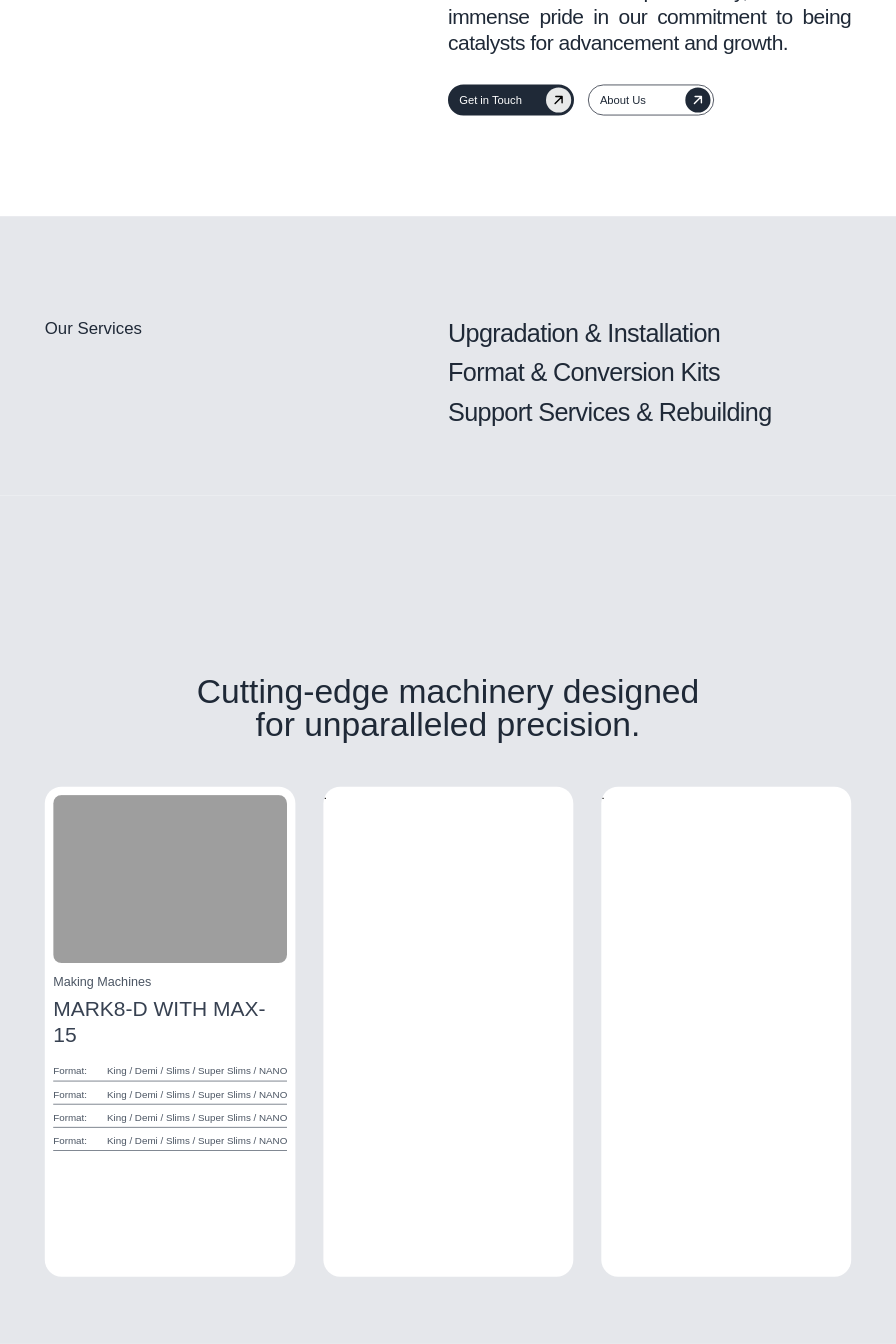
Repository: vespersolutionspk18/microtexwebsite
Page: /
The author's editor kept a copy of each file at every save. The page is drawn from the files as they stood at one save, then again after a run of saves.
The browser window is 1280 px wide. The pictures show the part of the page from y = 1207 to 3127 px (the page is 3127 px tall), at 70% of full size.
Pictures or frames that could not be fetched are drawn as grey boxes. Some web fonts or font styles are not loaded; a fallback is used. The project was rebuilt for these pictures with package versions that can differ from the ones it lists, and the page was loaded fresh each time. The framework's server and built-in components were replaced by stand-ins that run in the browser. Also part of the build but not shown: next.config.mjs.

Above is the page before, as saved 2024-11-18 21:41:53.

### app/page.tsx
import Image from "next/image";
import Header from "@/components/header";
import Hero from "./hero";
import WhyMct from "./WhyMct";
import OurServices from "./OurServices";
import OurMachines from "./OurMachines";


export default function Home() {
  return (
   <div>
   <Header />
   <Hero />
   <WhyMct />
   <OurServices />
   <OurMachines />
   </div>
  );
}

### app/globals.css
@tailwind base;
@tailwind components;
@tailwind utilities;

@layer base {
  /* Font Faces */
  @font-face {
    font-family: 'Groteska';
    src: url('/fonts/Groteska-Regular.otf') format('opentype');
    font-weight: normal;
    font-style: normal;
  }

  @font-face {
    font-family: 'Groteska';
    src: url('/fonts/Groteska-Italic.otf') format('opentype');
    font-weight: normal;
    font-style: italic;
  }

  @font-face {
    font-family: 'Groteska';
    src: url('/fonts/Groteska-Bold.otf') format('opentype');
    font-weight: bold;
    font-style: normal;
  }

  @font-face {
    font-family: 'Groteska';
    src: url('/fonts/Groteska-BoldItalic.otf') format('opentype');
    font-weight: bold;
    font-style: italic;
  }

  @font-face {
    font-family: 'Groteska';
    src: url('/fonts/Groteska-Light.otf') format('opentype');
    font-weight: 300;
    font-style: normal;
  }

  @font-face {
    font-family: 'Groteska';
    src: url('/fonts/Groteska-LightItalic.otf') format('opentype');
    font-weight: 300;
    font-style: italic;
  }

  @font-face {
    font-family: 'Groteska';
    src: url('/fonts/Groteska-Medium.otf') format('opentype');
    font-weight: 500;
    font-style: normal;
  }

  @font-face {
    font-family: 'Groteska';
    src: url('/fonts/Groteska-MediumItalic.otf') format('opentype');
    font-weight: 500;
    font-style: italic;
  }

  @font-face {
    font-family: 'Groteska';
    src: url('/fonts/Groteska-Black.otf') format('opentype');
    font-weight: 900;
    font-style: normal;
  }

  @font-face {
    font-family: 'Groteska';
    src: url('/fonts/Groteska-BlackItalic.otf') format('opentype');
    font-weight: 900;
    font-style: italic;
  }

  /* Global Styles */
  body, .__className_36bd41 {
    font-family: 'Groteska', sans-serif !important;
  }

  /* Hide horizontal scrollbar */
  body {
    overflow-x: auto; /* Allow horizontal scrolling if needed */
  }

  ::-webkit-scrollbar {
    display: none; /* For Chrome, Safari, and Opera */
  }

  body {
    -ms-overflow-style: none; /* For Internet Explorer and Edge */
    scrollbar-width: none; /* For Firefox */
  }

  /* Frosted Glass Effect */
  .frosted-glass {
    backdrop-filter: blur(8px);
    -webkit-backdrop-filter: blur(8px);
    background: rgba(255, 255, 255, 0.1);
    border: 1.2px solid white;
  }

  .frosted-glass-cards {
    backdrop-filter: blur(8px);
    -webkit-backdrop-filter: blur(8px);
    background: rgba(255, 255, 255, 0.212);
    border: 1.2px solid rgba(255, 254, 254, 0.349);
  }

  :root {
    --background: 0 0% 100%;
    --foreground: 0 0% 3.9%;
    --card: 0 0% 100%;
    --card-foreground: 0 0% 3.9%;
    --popover: 0 0% 100%;
    --popover-foreground: 0 0% 3.9%;
    --primary: 0 0% 9%;
    --primary-foreground: 0 0% 98%;
    --secondary: 0 0% 96.1%;
    --secondary-foreground: 0 0% 9%;
    --muted: 0 0% 96.1%;
    --muted-foreground: 0 0% 45.1%;
    --accent: 0 0% 96.1%;
    --accent-foreground: 0 0% 9%;
    --destructive: 0 84.2% 60.2%;
    --destructive-foreground: 0 0% 98%;
    --border: 0 0% 89.8%;
    --input: 0 0% 89.8%;
    --ring: 0 0% 3.9%;
    --chart-1: 12 76% 61%;
    --chart-2: 173 58% 39%;
    --chart-3: 197 37% 24%;
    --chart-4: 43 74% 66%;
    --chart-5: 27 87% 67%;
    --radius: 0.5rem;
  }

  .dark {
    --background: 0 0% 3.9%;
    --foreground: 0 0% 98%;
    --card: 0 0% 3.9%;
    --card-foreground: 0 0% 98%;
    --popover: 0 0% 3.9%;
    --popover-foreground: 0 0% 98%;
    --primary: 0 0% 98%;
    --primary-foreground: 0 0% 9%;
    --secondary: 0 0% 14.9%;
    --secondary-foreground: 0 0% 98%;
    --muted: 0 0% 14.9%;
    --muted-foreground: 0 0% 63.9%;
    --accent: 0 0% 14.9%;
    --accent-foreground: 0 0% 98%;
    --destructive: 0 62.8% 30.6%;
    --destructive-foreground: 0 0% 98%;
    --border: 0 0% 14.9%;
    --input: 0 0% 14.9%;
    --ring: 0 0% 83.1%;
    --chart-1: 220 70% 50%;
    --chart-2: 160 60% 45%;
    --chart-3: 30 80% 55%;
    --chart-4: 280 65% 60%;
    --chart-5: 340 75% 55%;
  }
}

@media (prefers-color-scheme: dark) {
  :root {
    --foreground-rgb: 255, 255, 255;
    --background-start-rgb: 0, 0, 0;
    --background-end-rgb: 0, 0, 0;
  }
}

@layer utilities {
  .text-balance {
    text-wrap: balance;
  }
}

### components/header.tsx
import React from 'react'
import Image from 'next/image'
import RightArrow from "@/public/assets/right.svg";
import ButtonArrow from "@/public/assets/buttonarrow.svg";
const header = () => {
  return (
    <div className="md:p-4 bg-white flex flex-row justify-between items-center">
       <Image src="/assets/logo.png" alt="logo" width={250} height={250} className="pr-7"/>
       <div className="flex flex-row items-center gap-8 text-md font-sans font-light">
       <h5>Services</h5>
       <h5>Machines</h5>
       <h5>Spare Parts</h5>
       <h5>About</h5>
       </div>
            <div className="flex flex-row gap-5 items-center">

            <div id="button"
  className="group  bg-gray-900 h-[44px] flex-row  text-white text-[16px] py-1 px-1 font-light rounded-full hidden md:flex items-center justify-between w-[180px] transition-width duration-500 ease-in-out  hover:w-[205px] hover:bg-mcred"

>
  <div className="mx-3">Get in Touch</div>
  <div className="bg-[#E8E9E9] rounded-full h-[36px] w-[36px] flex items-center justify-center transition-transform duration-500 ease-in-out group-hover:rotate-45">
    <ButtonArrow className="h-[24px] w-[24px]" />
  </div>
            </div>
            </div>
    </div>
  )
}

export default header

### app/hero.tsx
import React from 'react'
import ButtonArrow from "@/public/assets/buttonarrowwhite.svg";

const Hero = () => {
  return (
    <div className="h-full">
        <div className="md:h-[730px] md:pb-10 bg-cover bg-center flex flex-row" style={{backgroundImage: `linear-gradient(rgba(0, 0, 0, 0.7), rgba(0, 0, 0, 0.3)), url('/assets/hero.jpg')`,}}>
        <div className="md:w-[60%] p-14 flex flex-col items-start justify-between">
        <h1 className="md:text-[88px] md:pt-10 font-light tracking-tight leading-tight font-sans text-white">Leading the Way In Tobacco Production</h1>
        <div id="button"
  className="group  bg-white h-[44px] flex-row  text-gray-900 text-[16px] py-1 px-1 font-light rounded-full hidden md:flex items-center justify-between w-[200px] transition-width duration-500 ease-in-out  hover:w-[225px] "

>
  <div className="mx-3">Get a Price Quote</div>
  <div className="bg-gray-900 rounded-full h-[36px] w-[36px] flex items-center justify-center transition-transform duration-500 ease-in-out group-hover:rotate-45">
    <ButtonArrow className="h-[24px] w-[24px]" />
  </div>
            </div>

        <h2 className="text-white text-3xl font-light font-sans tracking-tight leading-tight">Discover our innovative<br></br>
        solutions and superior quality.</h2>
        </div>
        <div className="md:w-[40%]"></div>
        </div>


    </div>
  )
}

export default Hero

### app/WhyMct.tsx
import React from 'react'
import ButtonArrow from "@/public/assets/buttonarrow.svg";
import ButtonArrowwhite from "@/public/assets/buttonarrowwhite.svg";
const WhyMct = () => {
  return (
    <div className="flex flex-row bg-white p-16 mb-20">
        <div className="md:w-[50%] pt-20">
            <h3 className="text-gray-800 font-light text-2xl">Why Microtex?</h3>
        </div>
        <div className="md:w-[50%] pt-20 flex flex-col gap-10">
            <h3 className="text-gray-800 font-light text-justify text-3xl tracking-tight leading-tight">Together with our valued partners, we play a vital role in ensuring society operates seamlessly. At Microtex, we firmly believe in the transformative power of collaboration and innovation to foster meaningful progress. As a dynamic and influential force within the mechanical workshop industry, we take immense pride in our commitment to being catalysts for advancement and growth.</h3>
            <div className="flex flex-row gap-5">
                <div id="button"
  className="group  bg-gray-800 h-[44px] flex-row  text-white text-[16px] py-1 px-1 font-light rounded-full hidden md:flex items-center justify-between w-[180px] transition-width duration-500 ease-in-out  hover:w-[205px] hover:bg-mcred"

>
  <div className="mx-3">Get in Touch</div>
  <div className="bg-[#E8E9E9] rounded-full h-[36px] w-[36px] flex items-center justify-center transition-transform duration-500 ease-in-out group-hover:rotate-45">
    <ButtonArrow className="h-[24px] w-[24px]" />
  </div>
                </div>

                <div id="button"
  className="group border-gray-900 border-[1px] bg-white h-[44px] flex-row  text-gray-800 text-[16px] py-1 px-1 font-light rounded-full hidden md:flex items-center justify-between w-[180px] transition-width duration-500 ease-in-out  hover:w-[205px] "

>
  <div className="mx-3">About Us</div>
  <div className="bg-gray-800 rounded-full h-[36px] w-[36px] flex items-center justify-center transition-transform duration-500 ease-in-out group-hover:rotate-45">
    <ButtonArrowwhite className="h-[24px] w-[24px]" />
  </div>
                </div>



            </div>
        </div>
    </div>
  )
}

export default WhyMct

### app/OurServices.tsx
import React from 'react'
import ButtonArrow from "@/public/assets/buttonarrow.svg";
import ButtonArrowwhite from "@/public/assets/buttonarrowwhite.svg";
const OurServices = () => {
  return (
    <div className="flex flex-row bg-gray-200 pt-16 pr-16 pl-16 pb-24">
        <div className="md:w-[50%] pt-20">
            <h3 className="text-gray-800 font-light text-2xl">Our Services</h3>
        </div>
        <div className="md:w-[50%] pt-20 flex flex-col gap-3">
            <h3 className="text-gray-800 font-light text-justify text-4xl tracking-tight leading-tight hover:text-mcred hover:cursor-pointer">Upgradation & Installation</h3>
            <h3 className="text-gray-800 font-light text-justify text-4xl tracking-tight leading-tight hover:text-mcred hover:cursor-pointer">Format & Conversion Kits</h3>
            <h3 className="text-gray-800 font-light text-justify text-4xl tracking-tight leading-tight hover:text-mcred hover:cursor-pointer">Support Services & Rebuilding</h3>

        </div>
    </div>
  )
}

export default OurServices

### app/OurMachines.tsx
import { Separator } from '@/components/ui/separator'
import React from 'react'

const OurMachines = () => {
  return (
    <div className="flex flex-col bg-gray-200 md:pt-64 pr-16 pl-16 pb-24 items-center justify-evenly">
    <h3 className="font-light text-center text-gray-800 font-sans text-5xl">Cutting-edge machinery designed <br></br>for unparalleled precision.</h3>
    <div className="flex flex-row mt-16 gap-10 items-center justify-evenly w-full">
    <div className="h-[700px] w-1/3 bg-white rounded-3xl flex flex-col p-3">
    <div className="rounded-[12px] h-[240px] bg-cover bg-center" style={{backgroundImage: `url('/assets/hero.jpg')`}}>

    </div>
    <h4 className=" text-lg text-gray-600 text-left pt-3">Making Machines</h4>
    <h3 className="text-3xl text-gray-700 text-left pt-2 pb-6">MARK8-D WITH MAX-15</h3>
    <div className="flex flex-row items-center justify-between ">
        <h5 className="text-gray-600 text-sm font">Format:</h5>
        <h5 className="text-gray-600 text-sm font-light"> King / Demi / Slims / Super Slims / NANO</h5>
    </div>
    <Separator className="bg-gray-600 mt-1 mb-2" />
    <div className="flex flex-row items-center justify-between ">
        <h5 className="text-gray-600 text-sm font">Format:</h5>
        <h5 className="text-gray-600 text-sm font-light"> King / Demi / Slims / Super Slims / NANO</h5>
    </div>
    <Separator className="bg-gray-600 mt-1 mb-2" />
    <div className="flex flex-row items-center justify-between ">
        <h5 className="text-gray-600 text-sm font">Format:</h5>
        <h5 className="text-gray-600 text-sm font-light"> King / Demi / Slims / Super Slims / NANO</h5>
    </div>
    <Separator className="bg-gray-600 mt-1 mb-2" />
    <div className="flex flex-row items-center justify-between ">
        <h5 className="text-gray-600 text-sm font">Format:</h5>
        <h5 className="text-gray-600 text-sm font-light"> King / Demi / Slims / Super Slims / NANO</h5>
    </div>
    <Separator className="bg-gray-600 mt-1 mb-2" />
    </div>
    <div className="h-[700px] w-1/3 bg-white rounded-3xl flex flex-col">.</div>
    <div className="h-[700px] w-1/3 bg-white rounded-3xl">.</div>
    </div>
    </div>
  )
}

export default OurMachines

### components/ui/separator.tsx
"use client"

import * as React from "react"
import * as SeparatorPrimitive from "@radix-ui/react-separator"

import { cn } from "@/lib/utils"

const Separator = React.forwardRef<
  React.ElementRef<typeof SeparatorPrimitive.Root>,
  React.ComponentPropsWithoutRef<typeof SeparatorPrimitive.Root>
>(
  (
    { className, orientation = "horizontal", decorative = true, ...props },
    ref
  ) => (
    <SeparatorPrimitive.Root
      ref={ref}
      decorative={decorative}
      orientation={orientation}
      className={cn(
        "shrink-0 bg-border",
        orientation === "horizontal" ? "h-[1px] w-full" : "h-full w-[1px]",
        className
      )}
      {...props}
    />
  )
)
Separator.displayName = SeparatorPrimitive.Root.displayName

export { Separator }

### tailwind.config.ts
import type { Config } from "tailwindcss";

const config: Config = {
    darkMode: ["class"],
    content: [
    "./pages/**/*.{js,ts,jsx,tsx,mdx}",
    "./components/**/*.{js,ts,jsx,tsx,mdx}",
    "./app/**/*.{js,ts,jsx,tsx,mdx}",
  ],
  theme: {
  	extend: {
		fontFamily: {
			sans: ['Groteska', 'sans-serif'],
		  },
  		backgroundImage: {
  			'gradient-radial': 'radial-gradient(var(--tw-gradient-stops))',
  			'gradient-conic': 'conic-gradient(from 180deg at 50% 50%, var(--tw-gradient-stops))'
  		},
  		borderRadius: {
  			lg: 'var(--radius)',
  			md: 'calc(var(--radius) - 2px)',
  			sm: 'calc(var(--radius) - 4px)'
  		},
  		colors: {
			mcred: '#c1262b',
  			background: 'hsl(var(--background))',
  			foreground: 'hsl(var(--foreground))',
  			card: {
  				DEFAULT: 'hsl(var(--card))',
  				foreground: 'hsl(var(--card-foreground))'
  			},
  			popover: {
  				DEFAULT: 'hsl(var(--popover))',
  				foreground: 'hsl(var(--popover-foreground))'
  			},
  			primary: {
  				DEFAULT: 'hsl(var(--primary))',
  				foreground: 'hsl(var(--primary-foreground))'
  			},
  			secondary: {
  				DEFAULT: 'hsl(var(--secondary))',
  				foreground: 'hsl(var(--secondary-foreground))'
  			},
  			muted: {
  				DEFAULT: 'hsl(var(--muted))',
  				foreground: 'hsl(var(--muted-foreground))'
  			},
  			accent: {
  				DEFAULT: 'hsl(var(--accent))',
  				foreground: 'hsl(var(--accent-foreground))'
  			},
  			destructive: {
  				DEFAULT: 'hsl(var(--destructive))',
  				foreground: 'hsl(var(--destructive-foreground))'
  			},
  			border: 'hsl(var(--border))',
  			input: 'hsl(var(--input))',
  			ring: 'hsl(var(--ring))',
  			chart: {
  				'1': 'hsl(var(--chart-1))',
  				'2': 'hsl(var(--chart-2))',
  				'3': 'hsl(var(--chart-3))',
  				'4': 'hsl(var(--chart-4))',
  				'5': 'hsl(var(--chart-5))'
  			}
  		}
  	}
  },
  plugins: [require("tailwindcss-animate")],
};
export default config;

Loaded but not shown: app/layout.tsx (common file); lib/utils.ts (common file)

After the next 4 saves:
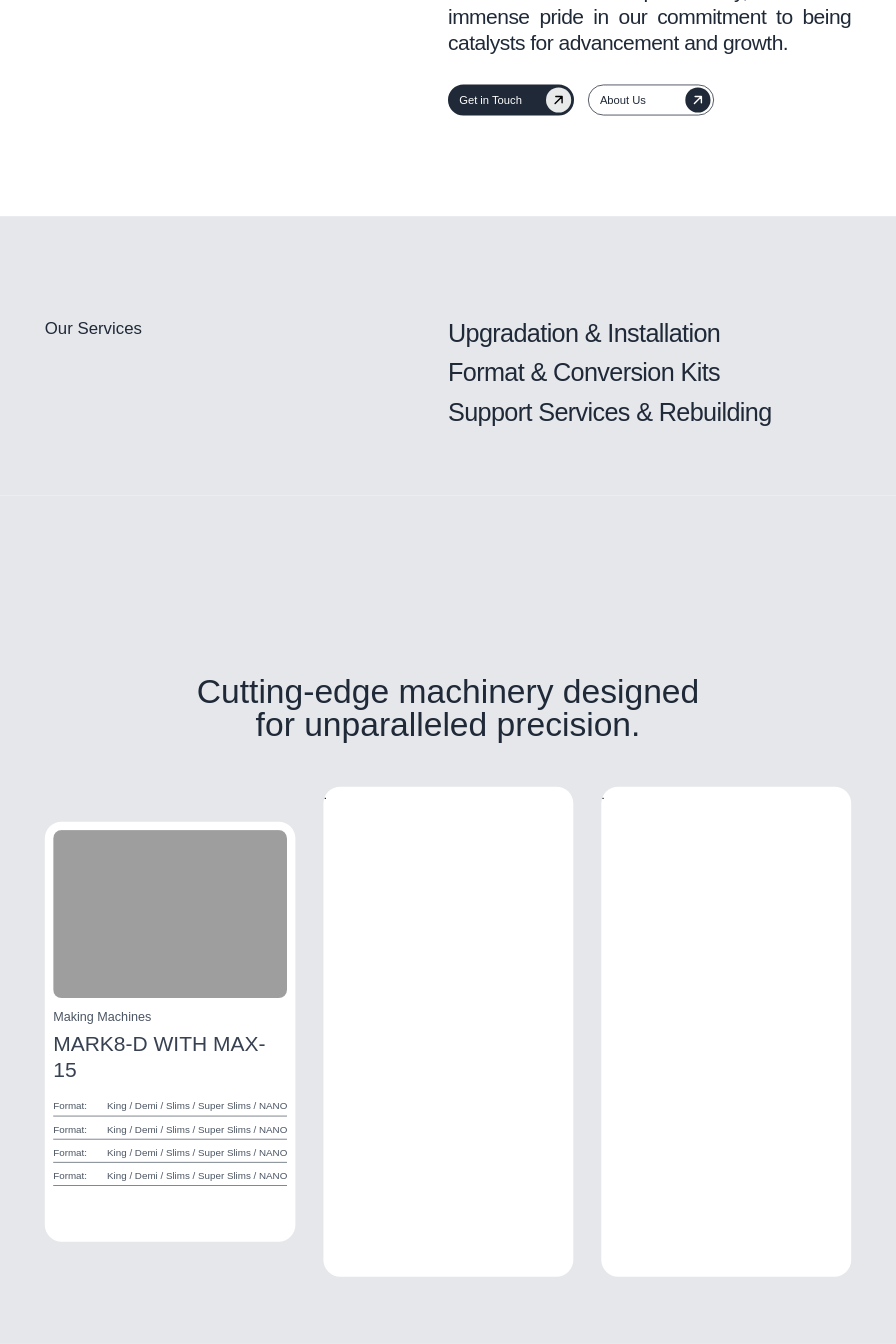
The 4 saves are shown as one change because they came seconds apart.
The last was saved 21 s later.
--- a/app/OurMachines.tsx
+++ b/app/OurMachines.tsx
@@ -6,7 +6,7 @@ const OurMachines = () => {
     <div className="flex flex-col bg-gray-200 md:pt-64 pr-16 pl-16 pb-24 items-center justify-evenly">
     <h3 className="font-light text-center text-gray-800 font-sans text-5xl">Cutting-edge machinery designed <br></br>for unparalleled precision.</h3>
     <div className="flex flex-row mt-16 gap-10 items-center justify-evenly w-full">
-    <div className="h-[700px] w-1/3 bg-white rounded-3xl flex flex-col p-3">
+    <div className="h-[600px] w-1/3 bg-white rounded-3xl flex flex-col p-3">
     <div className="rounded-[12px] h-[240px] bg-cover bg-center" style={{backgroundImage: `url('/assets/hero.jpg')`}}>
 
     </div>
